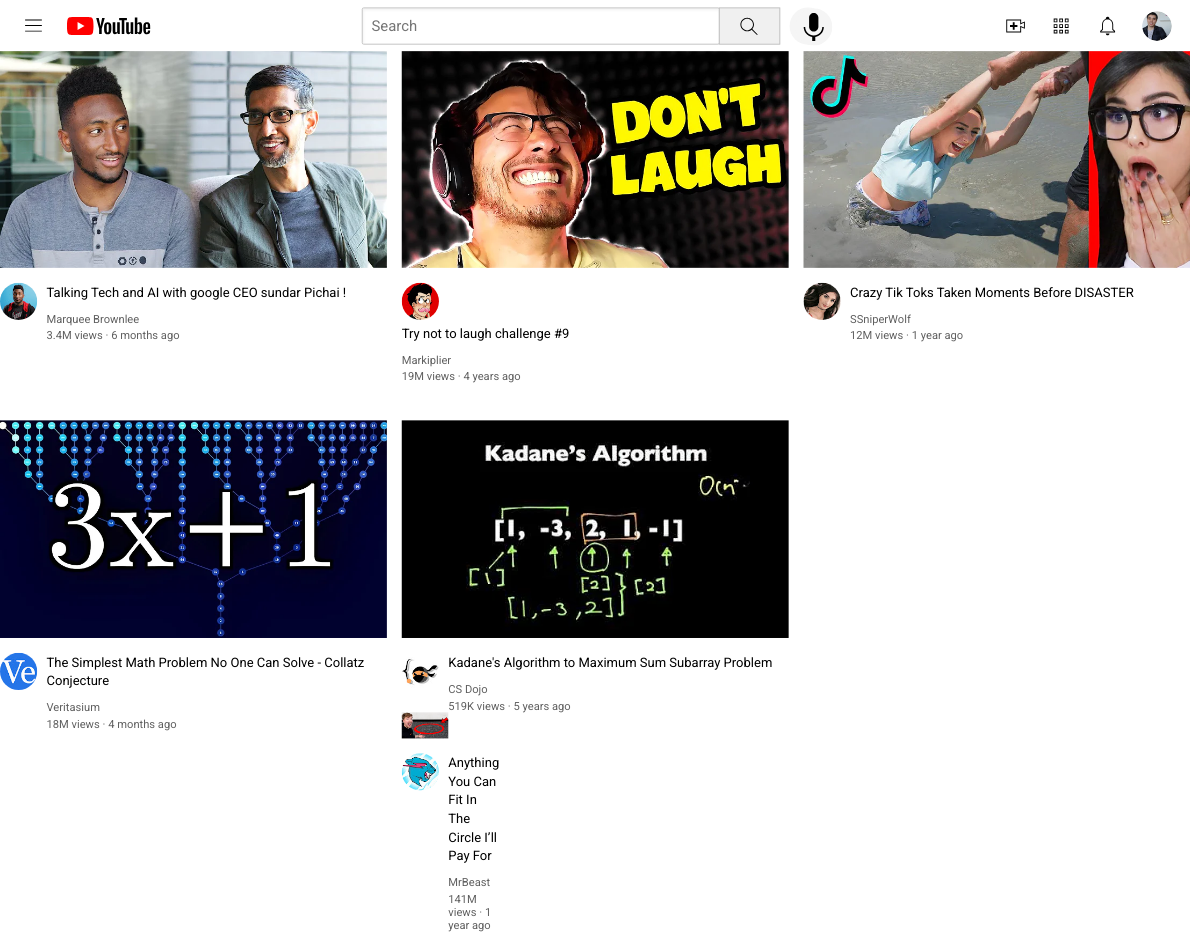
Repository: knowledgeAlan/html-css-thirteen
Page: youtube.html
An editor plug-in stored every save of this project. The page is shown before and after the next save, followed by the edit.
The browser window is 1280 px wide. The pictures show the whole page, at 93% of full size.

Above is the page before, as saved 2024-03-19 18:27:47.

After the next save:
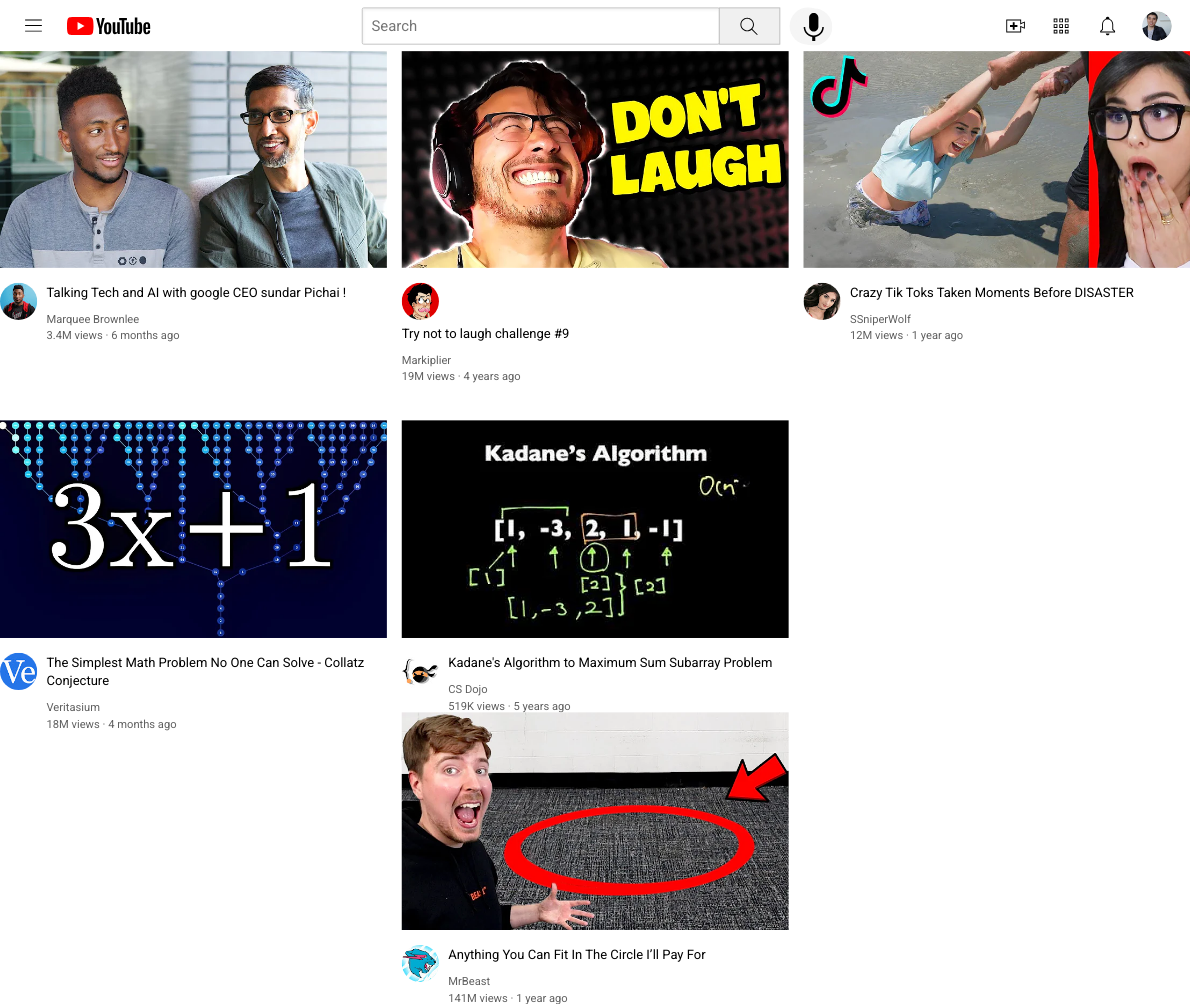
Saved 2 min 13 s later.
--- a/youtube.html
+++ b/youtube.html
@@ -191,33 +191,37 @@
                  </div>
             </div>
 
-
-
-            <div class="video-preview">
-                <div class="thumbnail-row">
-                    <img class="thumbnail" src="thumbnails/thumbnail-6.webp">
-                </div>
-
-                <div class="video-info-grid">
-                    <div class="channel-picture">
-                        <img class="profile-picture" src="channel-pictures/channel-6.jpeg">
-                    </div>
-                    <div class="video-info">
-                        <p class="video-title">
-                            Anything You Can Fit In The Circle I’ll Pay For
-                        </p>
-
-                        <p class="video-author">
-                            MrBeast
-                        </p>
-
-                        <p class="video-stats">
-                            141M views &#183; 1 year ago
-                        </p>
-                    </div>
-                </div>
-
-            </div>
+        </div>
+
+        <div class="video-preview">
+            <div class="thumbnail-row">
+                <img class="thumbnail" src="thumbnails/thumbnail-6.webp">
+            </div>
+
+            <div class="video-info-grid">
+                <div class="channel-picture">
+                    <img class="profile-picture" src="channel-pictures/channel-6.jpeg">
+                </div>
+                <div class="video-info">
+                    <p class="video-title">
+                        Anything You Can Fit In The Circle I’ll Pay For
+                    </p>
+
+                    <p class="video-author">
+                        MrBeast
+                    </p>
+
+                    <p class="video-stats">
+                        141M views &#183; 1 year ago
+                    </p>
+                </div>
+            </div>
+
+        </div>
+
+
+
+
         </div>
 
 
